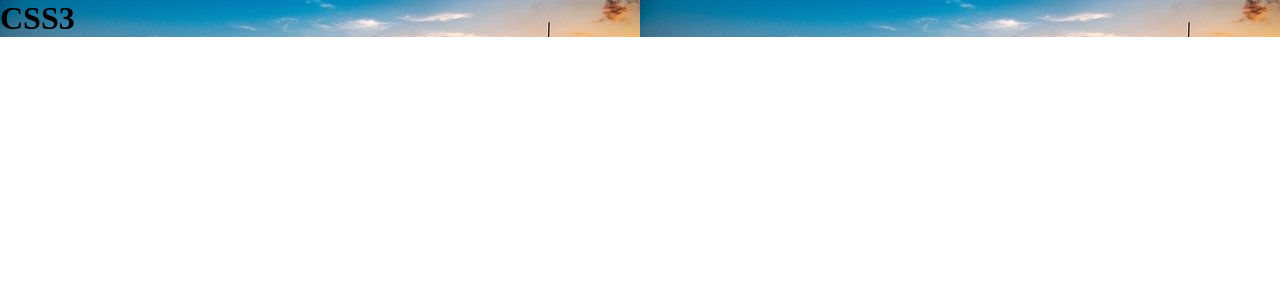
Repository: topyoungil/CodeMemories-ByJake
Page: HTML_CSS/WebContent/test/1003_css/position-2.html
An editor plug-in stored every save of this project. The page is shown before and after the next save, followed by the edit.
The browser window is 1280 px wide. The pictures show the whole page.

Above is the page before, as saved 2022-10-03 06:52:01.

### HTML_CSS/WebContent/test/1003_css/position-2.html
<!DOCTYPE html>
<html>
<head>
<meta charset="UTF-8">
<title>Insert title here</title>
<style>
	* {
		box-sizing: border-box;
		margin: 0;
		padding: 0;
	}

	#contents {
		background: url("../images/bg.jpg")
	}
</style>
</head>
<body>
	<div id="contents">
		<h1>CSS3</h1>
	</div>
</body>
</html>

After the next save:
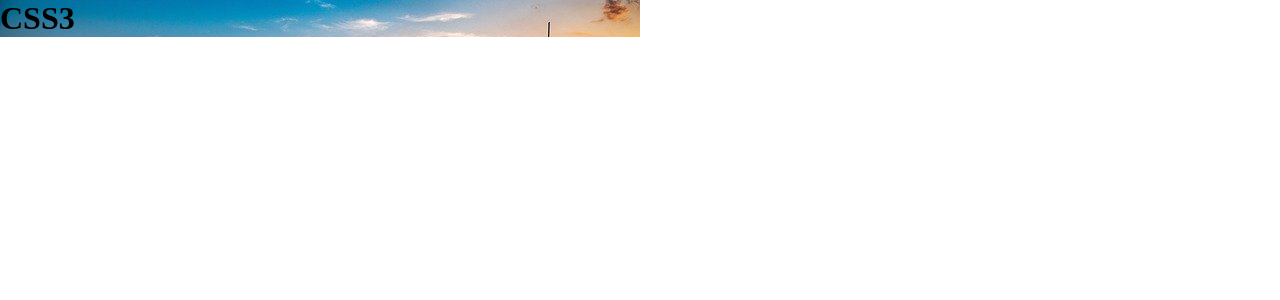
Saved 7 s later.
--- a/HTML_CSS/WebContent/test/1003_css/position-2.html
+++ b/HTML_CSS/WebContent/test/1003_css/position-2.html
@@ -11,7 +11,7 @@
 	}
 
 	#contents {
-		background: url("../images/bg.jpg")
+		background: url("../images/bg.jpg") no-repeat;
 	}
 </style>
 </head>
